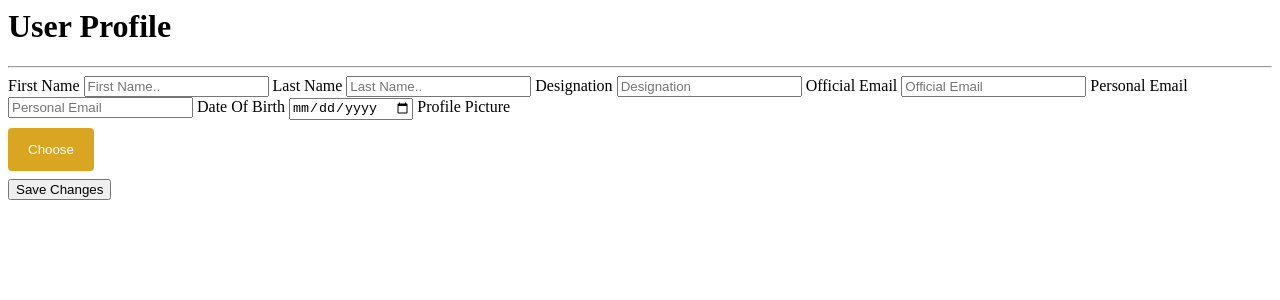
Repository: praveenshetg/GOLDEN-ROD
Page: Duolingo/papi-front/WebContent/view/user_profile.html
An editor plug-in stored every save of this project. The page is shown before and after the next save, followed by the edit.
The browser window is 1280 px wide. The pictures show the whole page.

Above is the page before, as saved 2018-05-10 10:50:23.
Console error: ReferenceError: $ is not defined

After the next save:
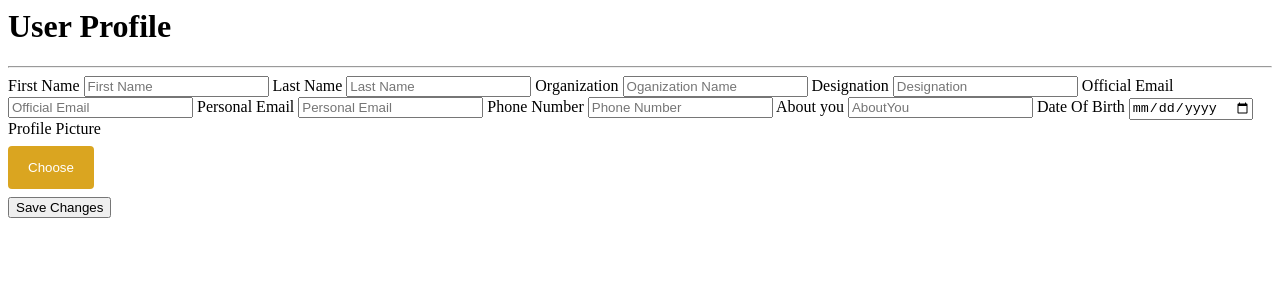
Saved 100 s later.
--- a/Duolingo/papi-front/WebContent/view/user_profile.html
+++ b/Duolingo/papi-front/WebContent/view/user_profile.html
@@ -53,17 +53,23 @@ margin-right: "5px";
 	<hr>
   <form action="" id="user-reg-form">
     <label for="fname">First Name</label>
-    <input type="text" id="fName" name="firstname" id="fName" placeholder="First Name..">
+    <input type="text" id="fName" name="firstname"  placeholder="First Name">
  <label for="fname">Last Name</label>
-    <input type="text" id="lName" name="firstname" id="lName" placeholder="Last Name..">
+    <input type="text" id="lName" name="lastname" placeholder="Last Name">
+       <label for="fname">Organization</label>
+    <input type="text" id="organization" name="organization" id="age" placeholder="Oganization Name">
      <label for="fname">Designation</label>
-    <input type="text" id="fname" name="firstname" id="age" placeholder="Designation ">
+    <input type="text" id="designation" name="designation" placeholder="Designation">
          <label for="fname">Official Email</label>
-    <input type="text" id="fname" name="firstname" id="age" placeholder="Official Email">
+    <input type="text" id="oEmail" name="oEmail" placeholder="Official Email">
          <label for="fname">Personal Email</label>
-    <input type="text" id="fname" name="firstname" id="age" placeholder="Personal Email">
+    <input type="text" id="pEmail" name="pEmail" placeholder="Personal Email">
+         <label for="fname">Phone Number</label>
+    <input type="text" id="phone" name="phone"  placeholder="Phone Number">
+         <label for="fname">About you</label>
+    <input type="text" id="aboutYou" name="aboutYou"  placeholder="AboutYou">
      <label for="fname">Date Of Birth</label>
-    <input type="date" id="fname" name="firstname"  id ="dob" placeholder="Date Of Birth..">
+    <input type="date"  name="dob"  id ="dob" placeholder="Date Of Birth">
 <!--     <label for="fname">Group</label> -->
 <!--     <select name="group" id="group" readonly> -->
 <!-- 				</select> -->
